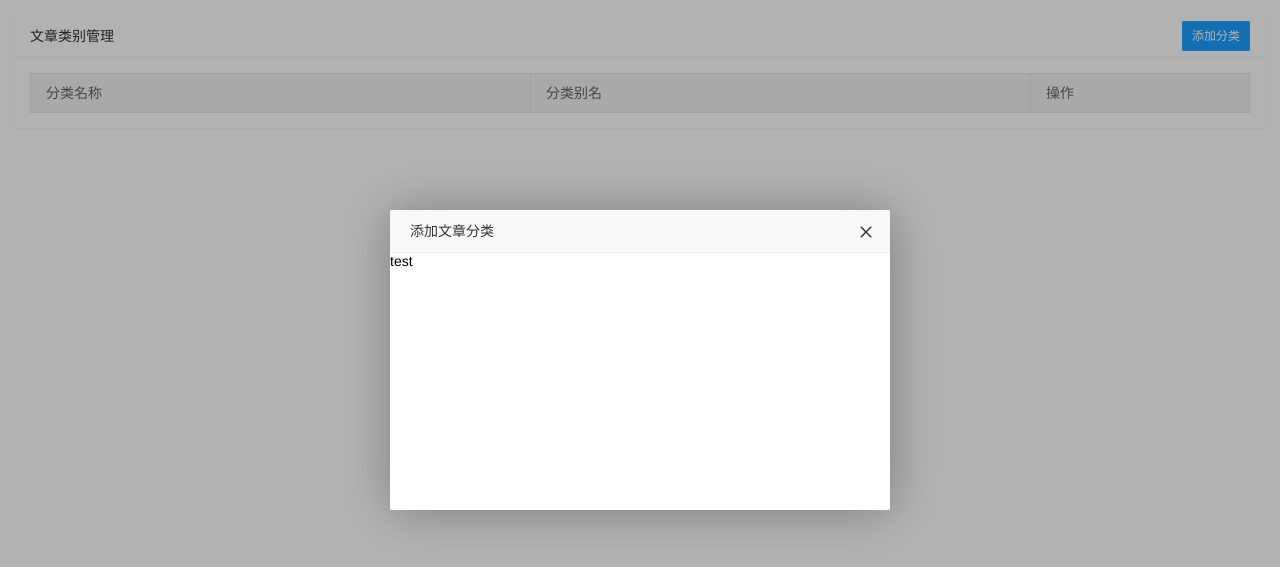
Repository: xxsleep/-
Page: home/article/art_cate.html
These files come from the project's save history. The page is drawn as it stood at one moment and after the next save; the edit follows.
The browser window is 1280 px wide. The pictures show the whole page.
After loading, the first visible `#upBtn` was clicked once.
The page's requests for data from a server got no answer.

Above is the page before, as saved 2020-11-27 20:41:20.
Console error: TypeError: Cannot read properties of undefined (reading 'status')

After the next save:
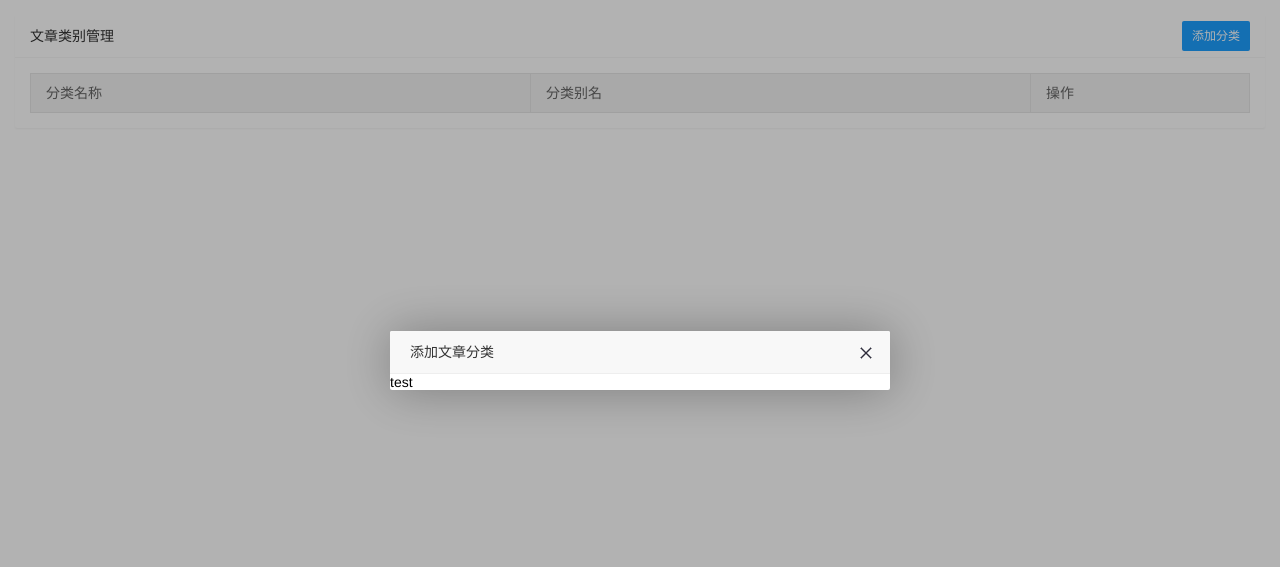
Saved 23 s later.
--- a/assets/js/article/art_cate.js
+++ b/assets/js/article/art_cate.js
@@ -17,7 +17,7 @@ $(function () {
         index = layer.open({
             type: 1,
             title: '添加文章分类',
-            area: ['500px', '300px'],
+            area: '500px',
             content: 'test'
         });
     })
